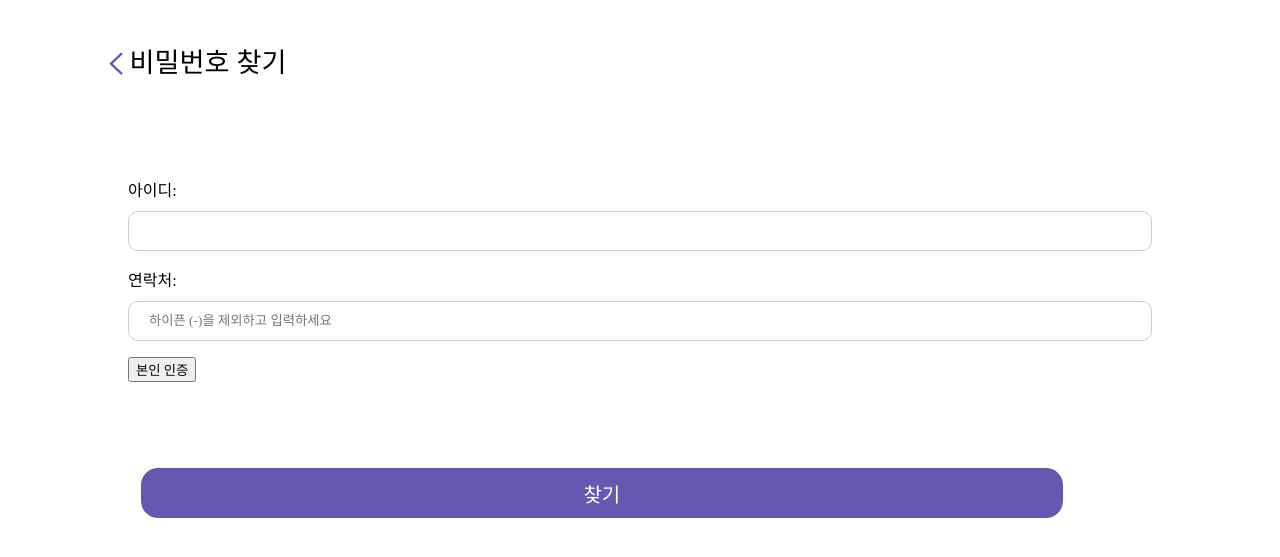
Repository: PEPI-dev/UI
Page: find_id_pw/findpw.html
These files come from the project's save history. The page is drawn as it stood at one moment and after the next save; the edit follows.
The browser window is 1280 px wide. The pictures show the whole page.
Some web fonts or font styles are not loaded; a fallback is used.

Above is the page before, as saved 2023-12-05 16:48:34.

After the next save:
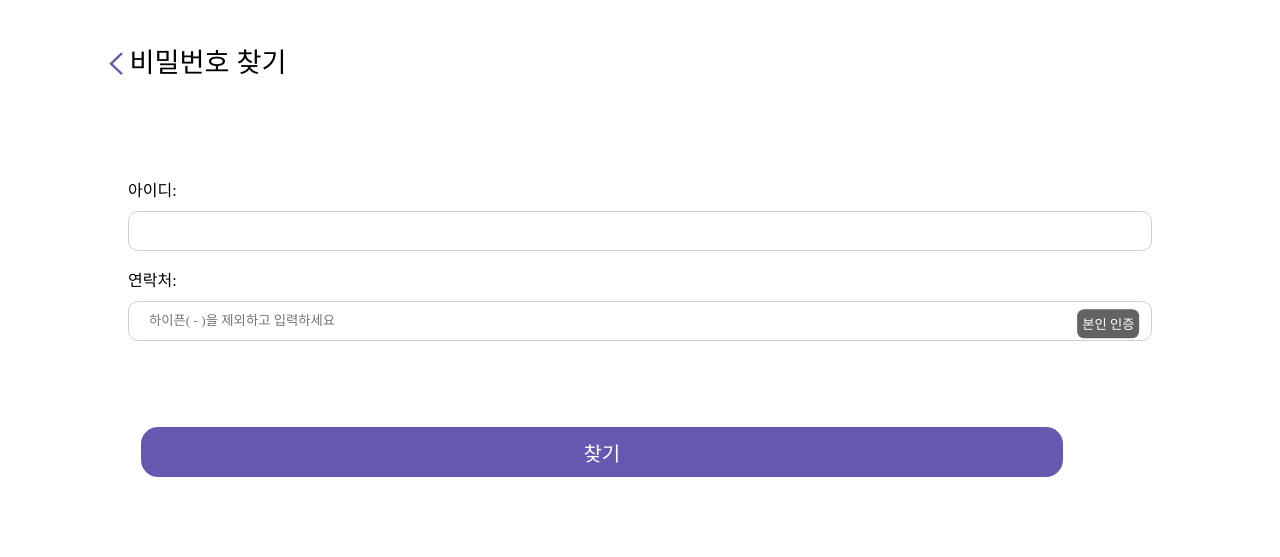
Saved 21 s later.
--- a/find_id_pw/findpw.html
+++ b/find_id_pw/findpw.html
@@ -13,8 +13,10 @@
     <div class="container">
         <form action="#">
             <p>아이디: <input type="text" class="search"></p>
-            <p>연락처: <input type="text" class="search" placeholder="하이픈 (-)을 제외하고 입력하세요"></p>
-            <p><button>본인 인증</button></p>
+            <p class="display"><label for="hp" class="txt_input">연락처:</label>
+                <input class="search" id="hp" type="text" placeholder="하이픈( - )을 제외하고 입력하세요" maxlength="11"><button type="button" class="btn_inside"
+                    id="phone_check" onclick="openPopup()">본인 인증</button>
+            </p>
             <p><button class="purple button">찾기</button></p>
         </form>
     </div>

After the save that followed:
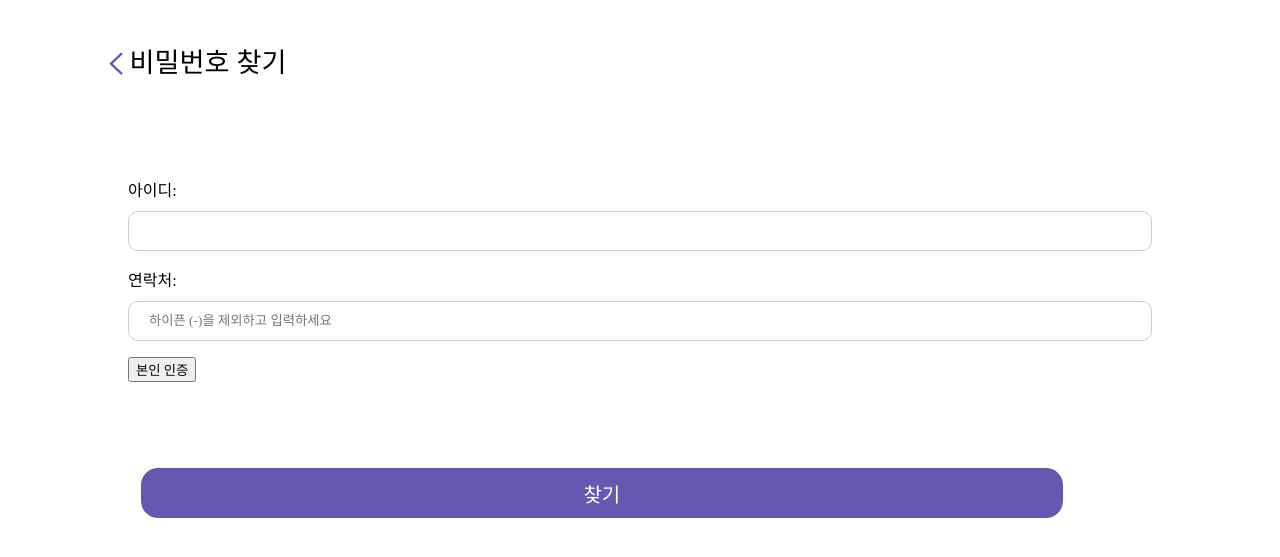
Saved 16 s later.
--- a/find_id_pw/findpw.html
+++ b/find_id_pw/findpw.html
@@ -13,10 +13,8 @@
     <div class="container">
         <form action="#">
             <p>아이디: <input type="text" class="search"></p>
-            <p class="display"><label for="hp" class="txt_input">연락처:</label>
-                <input class="search" id="hp" type="text" placeholder="하이픈( - )을 제외하고 입력하세요" maxlength="11"><button type="button" class="btn_inside"
-                    id="phone_check" onclick="openPopup()">본인 인증</button>
-            </p>
+            <p>연락처: <input type="text" class="search" placeholder="하이픈 (-)을 제외하고 입력하세요"></p>
+            <p><button>본인 인증</button></p>
             <p><button class="purple button">찾기</button></p>
         </form>
     </div>
